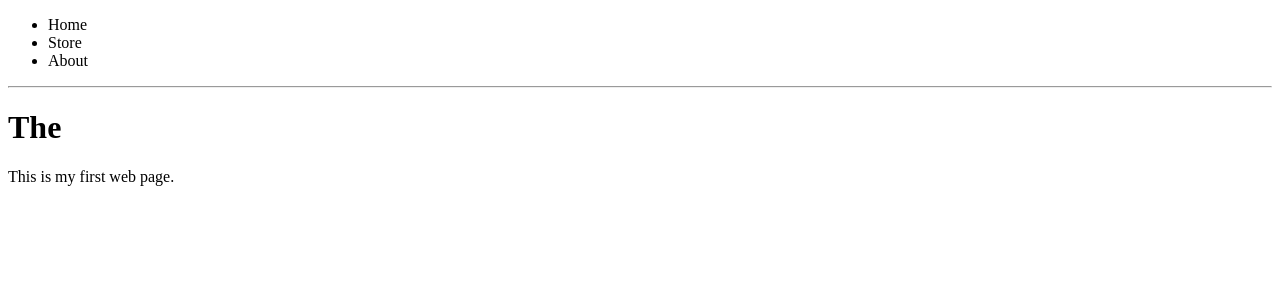
Repository: nazmulhaquep/WebDesign
Page: about.html
These files come from the project's save history. The page is drawn as it stood at one moment and after the next save; the edit follows.
The browser window is 1280 px wide. The pictures show the whole page.

Above is the page before, as saved 2023-11-22 11:45:49.

### about.html
<!DOCTYPE html>
<html lang="en">
<head>
    <meta charset="UTF-8">
    <meta name="viewport" content="width=device-width, initial-scale=1.0">
    <title>Document</title>
</head>
<body>
    <header>
        <nav>
            <ul>
                <li>Home</li>
                <li>Store</li>
                <li>About</li>
            </ul>
        </nav>
        <hr/>
        <h1>The </h1>
    </header>
    This is my first web page.
</body>
</html>

After the next save:
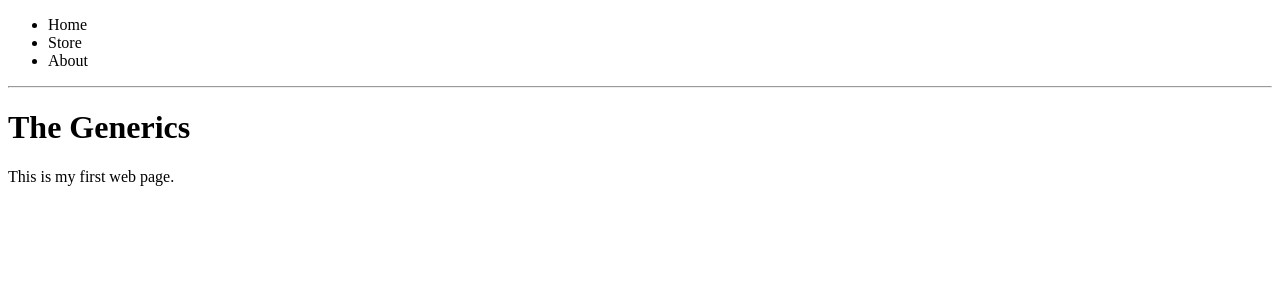
Saved 8 s later.
--- a/about.html
+++ b/about.html
@@ -15,7 +15,7 @@
             </ul>
         </nav>
         <hr/>
-        <h1>The </h1>
+        <h1> The Generics </h1>
     </header>
     This is my first web page.
 </body>
